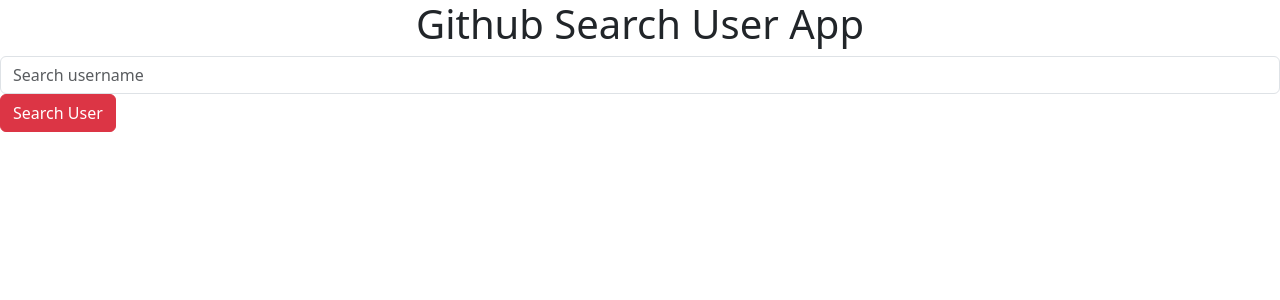
Repository: solox-cyber/Github-search-user
Page: index.html
These files come from the project's save history. The page is drawn as it stood at one moment and after the next save; the edit follows.
The browser window is 1280 px wide. The pictures show the whole page.

Above is the page before, as saved 2023-03-25 17:11:20.

### index.html
<!DOCTYPE html>
<html lang="en">

<head>
    <meta charset="UTF-8">
    <meta http-equiv="X-UA-Compatible" content="IE=edge">
    <meta name="viewport" content="width=device-width, initial-scale=1.0">
    <title>Github Search User Using Github API</title>
    <link href="https://cdn.jsdelivr.net/npm/bootstrap@5.3.0-alpha2/dist/css/bootstrap.min.css" rel="stylesheet"
        integrity="sha384-aFq/bzH65dt+w6FI2ooMVUpc+21e0SRygnTpmBvdBgSdnuTN7QbdgL+OapgHtvPp" crossorigin="anonymous">
</head>

<body>
    <div class="container m-7">
        <h1 style="text-align: center;">
            Github Search User App
        </h1>
    </div>
    <form id="myForm" autocomplete="off" action="">
        <div class="form-group">
            <input type="text" name="" class="form-control" placeholder="Search username" id="">
        </div>
        <div class="form-group">
            <button class="btn btn-danger btn-block">
                Search User
            </button>
        </div>
    </form>
    <script src="https://cdn.jsdelivr.net/npm/bootstrap@5.3.0-alpha2/dist/js/bootstrap.bundle.min.js"
        integrity="sha384-qKXV1j0HvMUeCBQ+QVp7JcfGl760yU08IQ+GpUo5hlbpg51QRiuqHAJz8+BrxE/N"
        crossorigin="anonymous"></script>
</body>

</html>

After the next save:
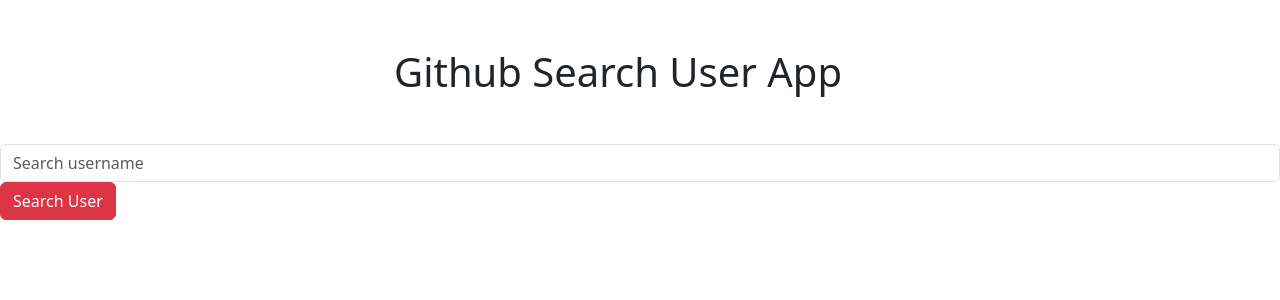
Saved 10 s later.
--- a/index.html
+++ b/index.html
@@ -11,7 +11,7 @@
 </head>
 
 <body>
-    <div class="container m-7">
+    <div class="container m-5">
         <h1 style="text-align: center;">
             Github Search User App
         </h1>
